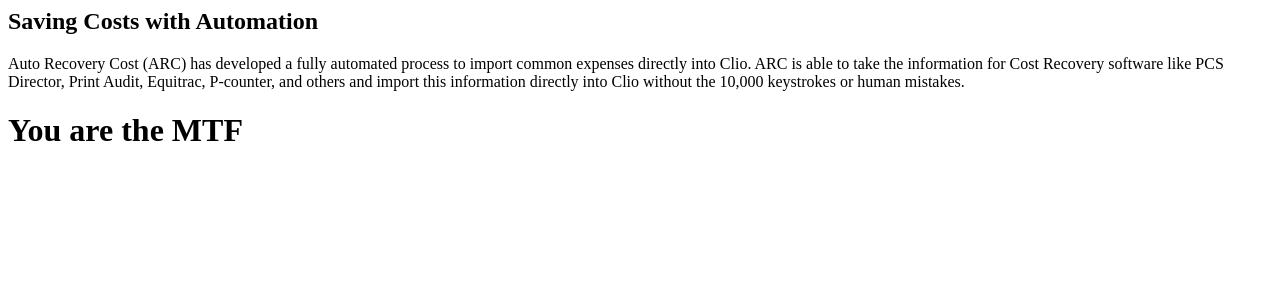
Repository: batmikun/Courses
Page: Front-End/SPA NATIVE JS/src/views/home.html
The author's editor kept a copy of each file at every save. The page is drawn from the files as they stood at one save, then again after a run of saves.
The browser window is 1280 px wide. The pictures show the whole page.

Above is the page before, as saved 2021-11-21 00:42:09.

After the next 2 saves:
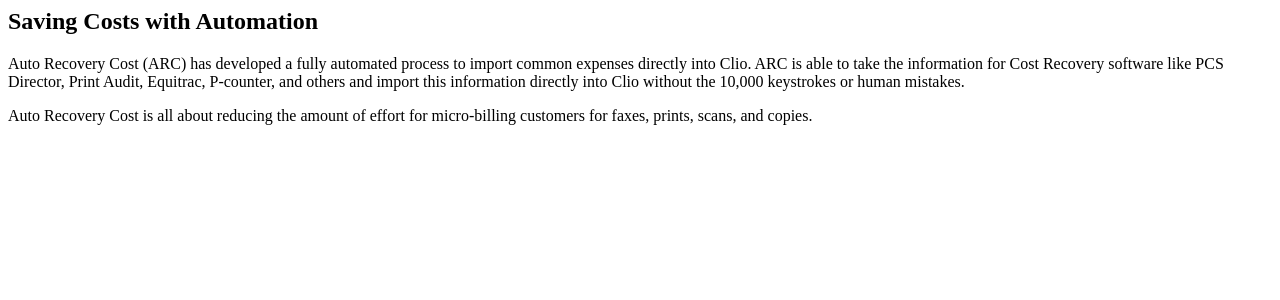
The 2 saves are shown as one change because they came seconds apart.
The last was saved 34 s later.
--- a/Front-End/SPA NATIVE JS/src/views/home.html
+++ b/Front-End/SPA NATIVE JS/src/views/home.html
@@ -6,6 +6,8 @@
         </p>
     </div>
     <div class="content__fc">
-        <h1>You are the MTF</h1>
+       <p>
+            Auto Recovery Cost is all about reducing the amount of effort for micro-billing customers for faxes, prints, scans, and copies.
+       </p>
     </div>
 </div>
